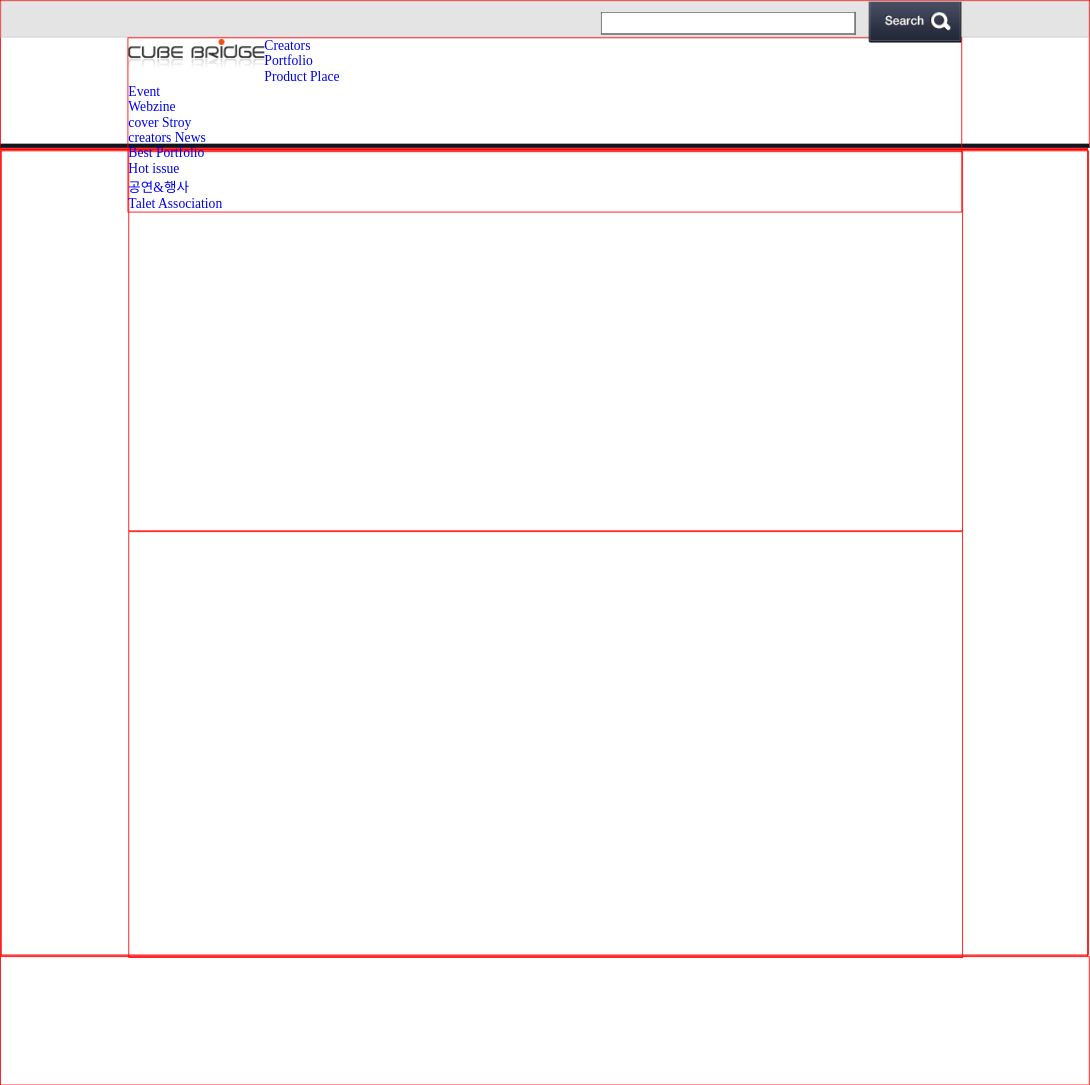
Repository: jungsoon-kim/home_study
Page: study/webzine.html
An editor plug-in stored every save of this project. The page is shown before and after the next save, followed by the edit.
The browser window is 1280 px wide. The page is 1282 px wide, so the pictures cover 1282 px, including what lies to the right of the window. The pictures show the whole page, at 85% of full size.

Above is the page before, as saved 2015-09-14 14:54:58.

### study/webzine.html
<!doctype html>
<html lang="en">
<head>
	<meta charset="UTF-8" />
	<title>Document</title>
	<link rel="stylesheet" href="common.css" />
</head>
<body>
	<div id="wrap">
		<div id="header" class="bd">
				<div class="header-top">
					<div class="wrap">
						<fieldset>
							<legend class="ir">검색하기</legend>
							<label for="search"> </label>
							<input type="text" id="search" />
							<input type="submit" value="검색하기" />
						</fieldset>
					</div><!--common wrap[ex]-->

				</div><!--header-top[ex]-->
			<div class="wrap bd">
				<h1><a href="#"><img src="images/cubebridge_logo.PNG" alt="cube bridge" /></a></h1>

				<ul class="gnb">
					<li><a href="#">Creators</a></li>
					<li><a href="#">Portfolio</a></li>
					<li><a href="#">Product Place</a></li>
					<li><a href="#">Event</a></li>
					<li><a href="#">Webzine</a>
						<ul class="gnb_hidden">
							<li><a href="#">cover Stroy</a></li>
							<li><a href="#">creators News</a>
								<ul>
									<li><a href="#">Best Portfolio</a></li>
									<li><a href="#">Hot issue</a></li>
								</ul>

							</li>
							<li><a href="#">공연&amp;행사</a></li>
							<li><a href="#">Talet Association</a></li>
						</ul>


					</li>
				</ul>


			</div><!--common wrap[ex]-->

		</div><!--header[ex]-->

		<div id="container" class="bd">

			<div id="visual" class="bd">


			</div><!--visual[ex]-->

			<div id="content" class="bd">
				<div class="wrap">
					<div class="article-top bd">

					</div><!--article-top[ex]-->

					<div class="article-down bd">

					</div><!--article-down[ex]-->

				</div><!--common wrap[ex]-->

			</div>

		</div><!--container[ex]-->

		<div id="footer" class="bd">
			<div class="wrap">


			</div><!--common wrap[ex]-->


		</div><!--footer[ex]-->


	</div><!--wrap[ex]-->


</body>
</html>

### study/common.css
*{margin: 0; padding: 0;}
ul,li {list-style-type: none;}
a {text-decoration: none;}
fieldset {border: 0 none;}
.clearfix:after {display:block; visibility:hidden; clear:both; height:0; content:'';}
.clearfix {*zoom:1;}
fieldset {border:0 none;}

.ir {width: 0; height: 0; font-size: 0; position:absolute; left:-999999px; top:-999999px; overflow:hidden;}
.bd {border:1px solid red;}
.bu {border: 1px solid blue;}
.by {border: 1px solid yellow;}
.bp { border:1px solid purple;}
.bb {border: 1px solid black;}
.bl {border:1px solid green;}

/*레이아웃*/
#wrap {width: 100%; height:auto; }
.wrap {width: 980px; margin: 0 auto;}
#header {width:100%; height:168px; border-bottom:5px #12151f solid;}
.header-top{height: 41px; background:#e4e4e4; border: 1px solid #cdcdcd;}
.header-top .wrap fieldset {float:right;}
.header-top .wrap fieldset input[type="text"] {width: 277px; height: 24px; padding:0 10px ;
 border-left: 1px solid #666; border-top: 1px solid #666; margin-right:11px; vertical-align:middle;}
.header-top .wrap fieldset input[type="submit"] {width: 109px; height: 48px; /*vertical-align:top;*/ border:0 none; background:url(images/search_box.PNG)no-repeat ; text-indent:-9999px;}
.wrap h1 {display:inline-block; float:left; *//*background: url(images/cubebridge_logo.PNG)no-repeat;*/ text-indent:-9999px;}
.wrap






#contaier {width: 100%; height:1280px;}
.visual {width: 100%; height: 335px;}
#content {width: 100%; height: 945px;}
.article-top {width: 980px; height:445px;}
.article-down {width: 980px; height:500px;}
#footer {width: 100%; height:150px}

After the next save:
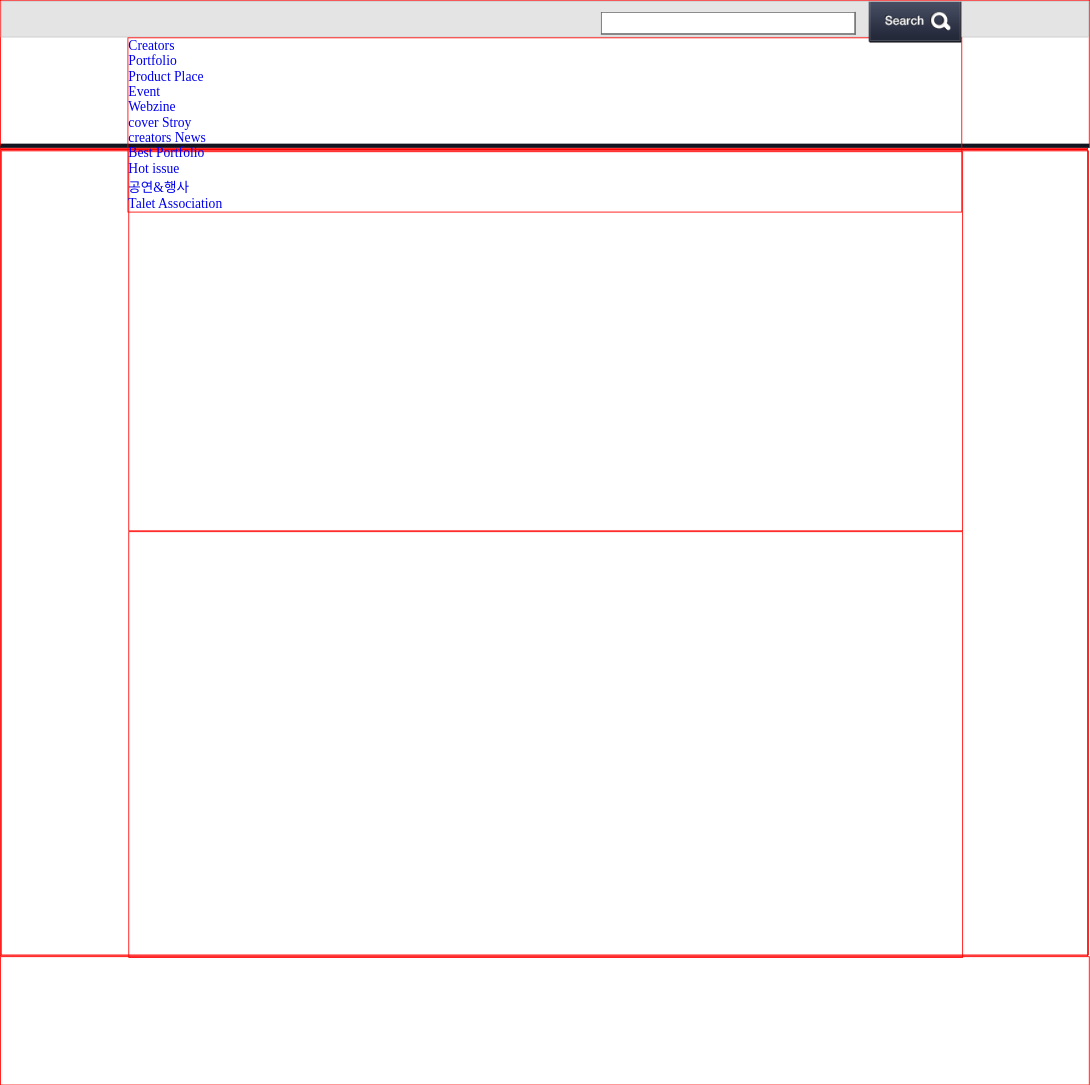
Saved 29 s later.
--- a/study/common.css
+++ b/study/common.css
@@ -23,7 +23,7 @@ fieldset {border:0 none;}
 .header-top .wrap fieldset input[type="text"] {width: 277px; height: 24px; padding:0 10px ;
  border-left: 1px solid #666; border-top: 1px solid #666; margin-right:11px; vertical-align:middle;}
 .header-top .wrap fieldset input[type="submit"] {width: 109px; height: 48px; /*vertical-align:top;*/ border:0 none; background:url(images/search_box.PNG)no-repeat ; text-indent:-9999px;}
-.wrap h1 {display:inline-block; float:left; *//*background: url(images/cubebridge_logo.PNG)no-repeat;*/ text-indent:-9999px;}
+.wrap h1 {display:inline-block; float:left; text-indent:-9999px;}
 .wrap
 
 
